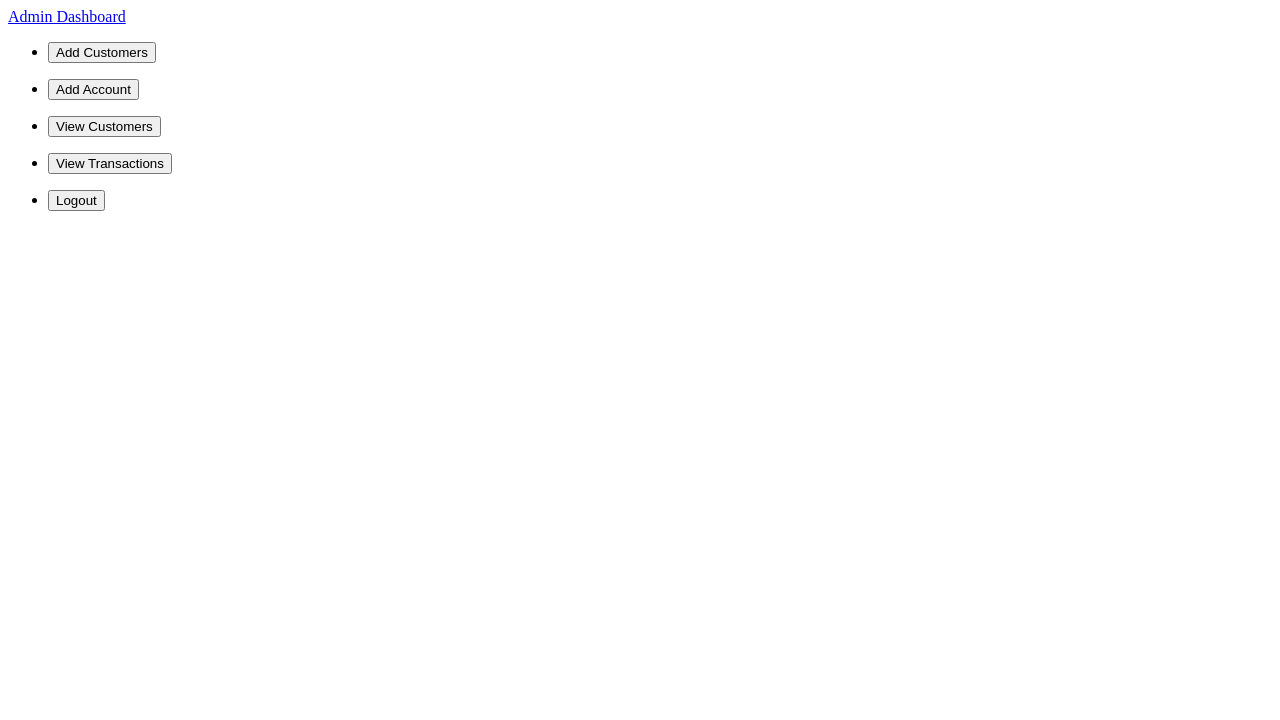
Repository: prathamsuhasia/swabhav-mini-project
Page: http://localhost/01-mini-project/navbar.jsp
The author's editor kept a copy of each file at every save. The page is drawn from the files as they stood at one save, then again after the next save.
The browser window is 1280 px wide. The pictures show the whole page.
The page is served by Tomcat 9. The session is filled in as if someone had signed in: {"username": "testuser", "admin": "admin"}. Other server files are loaded and not shown.

Above is the page before, as saved 2024-08-15 16:54:10.

### 01-mini-project/WebContent/navbar.jsp
<%@ taglib uri="http://java.sun.com/jsp/jstl/core" prefix="c" %>
<%@ page language="java" contentType="text/html; charset=ISO-8859-1"%>
<%
response.setHeader("Cache-Control", "no-cache, no-store, must-revalidate");
response.setHeader("Pragma", "no-cache");
response.setDateHeader("Expires", 0);
%>
<%
    HttpSession sessions = request.getSession(false);
    if (session == null || session.getAttribute("username") == null || !"admin".equals(session.getAttribute("admin"))) {
        // No session or user not logged in, redirect to the login page
        response.sendRedirect("Index.jsp");
        return;
    }
%>
<nav class="navbar navbar-expand-lg">
    <a class="navbar-brand" href="#">Admin Dashboard</a>
    <div class="collapse navbar-collapse justify-content-end">
        <ul class="navbar-nav">
            <li class="nav-item">
                <form action="AdminController" method="post" class="nav-item">
                    <button type="submit" name="action" value="AddCustomers" class="btn btn-link">Add Customers</button>
                </form>
            </li>
            <li class="nav-item">
                <form action="AdminController" method="post" class="nav-item">
                    <button type="submit" name="action" value="AddAccount" class="btn btn-link">Add Account</button>
                </form>
            </li>
            <li class="nav-item">
                <form action="AdminController" method="post" class="nav-item">
                    <button type="submit" name="action" value="ViewCustomers" class="btn btn-link">View Customers</button>
                </form>
            </li>
            <li class="nav-item">
                <form action="AdminController" method="post" class="nav-item">
                    <button type="submit" name="action" value="ViewTransactions" class="btn btn-link">View Transactions</button>
                </form>
            </li>
            <li class="nav-item">
                <form action="LogoutServlet">
                    <button type="submit" class="btn btn-logout">Logout</button>
                </form>
            </li>
        </ul>
    </div>
</nav>

After the next save:
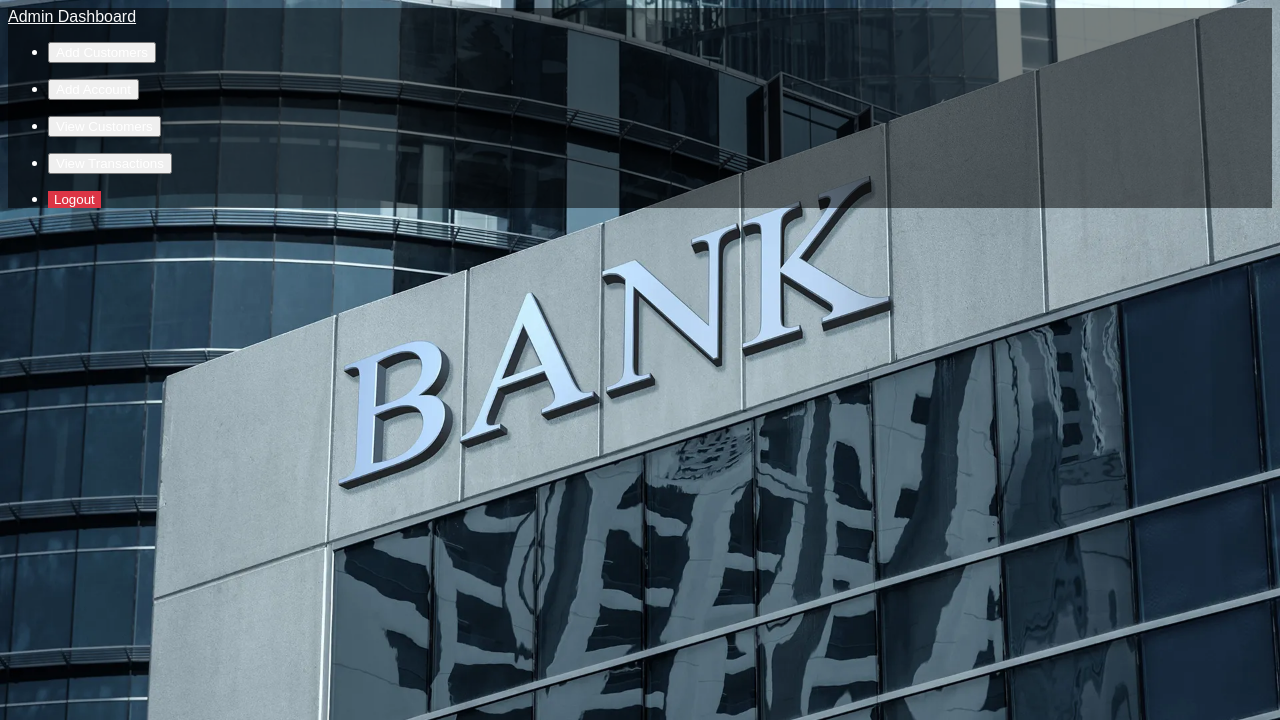
Saved 66 s later.
--- a/01-mini-project/WebContent/navbar.jsp
+++ b/01-mini-project/WebContent/navbar.jsp
@@ -13,6 +13,72 @@ response.setDateHeader("Expires", 0);
         return;
     }
 %>
+<style>
+body {
+	background-image: url('Bank.webp');
+	background-size: cover;
+	background-position: center;
+	color: #fff;
+	font-family: Arial, sans-serif;
+	position: relative;
+    z-index: 1;
+}
+
+.navbar {
+	background-color: rgba(0, 0, 0, 0.5);
+	margin-bottom: 20px;
+}
+
+.navbar-brand {
+	color: #f8f9fa;
+}
+
+.navbar-nav .nav-link {
+	color: #f8f9fa !important;
+}
+
+.navbar-nav .nav-link:hover {
+	color: #e9ecef !important;
+}
+
+.btn-logout {
+	background-color: #dc3545;
+	border: none;
+	color: #fff;
+	margin-right: 10px;
+}
+
+.btn-logout:hover {
+	background-color: #c82333;
+	color: #fff;
+}
+
+.welcome-message {
+	display: flex;
+	align-items: center;
+	color: white;
+	height: 70vh;
+	justify-content: flex-start;
+	padding-left: 20px;
+	font-size: 45px;
+}
+
+.container {
+	background-color: rgba(0, 0, 0, 0.6);
+	padding: 20px;
+	border-radius: 10px;
+}
+
+
+    .navbar .btn-link {
+        color: white;
+        text-decoration: none;
+    }
+
+    .navbar .btn-link:hover {
+        color: #ffc107; /* Change to your desired hover color */
+    }
+</style>
 <nav class="navbar navbar-expand-lg">
     <a class="navbar-brand" href="#">Admin Dashboard</a>
     <div class="collapse navbar-collapse justify-content-end">
